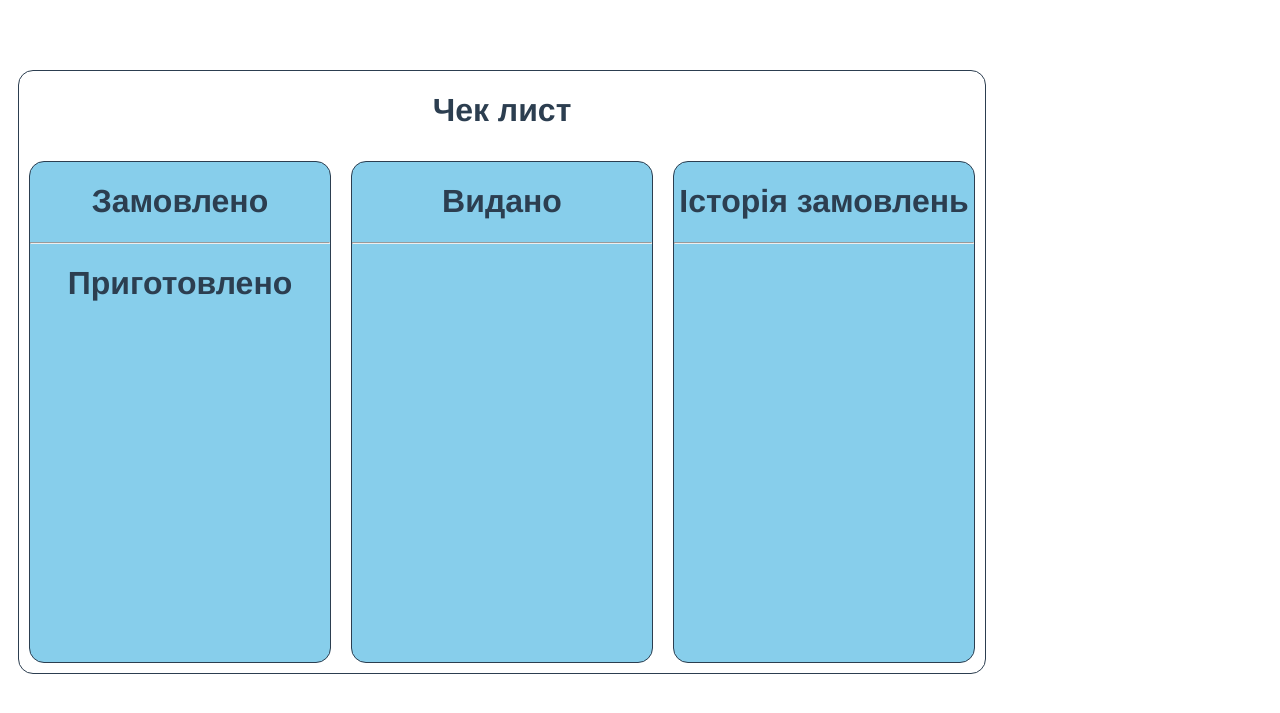
Repository: Salexandraa/HOME_Subotina
Page: / (app in order-list/)
These files come from the project's save history. The page is drawn as it stood at one moment and after a run of saves; the edit follows.
The browser window is 1280 px wide. The pictures show the whole page.
The project was rebuilt for these pictures with package versions that can differ from the ones it lists, and the page was loaded fresh each time.

Above is the page before, as saved 2020-10-10 15:48:10.

### order-list/src/App.vue
<template>
  <div id="app">
  <!-- <reserved :listDishes= "dishesList"
  title='Замовлено'
  />
  <order-issued title="Видано"/>
  <history title="Історія замовлень"/> -->
  <check-list title="Чек лист"/>
  </div>
</template>

<script>
//import Reserved from "./components/CheckList/Reserved";
//import dishesList from "../settings"
//import OrderIssued from "./components/CheckList/OrderIssued"
//import History from "./components/CheckList/History"
import CheckList from "./components/CheckList"
export default {
  name: "App",
  components: {
    //Reserved,
   //OrderIssued,
    //History,
    CheckList
  },
  data() {
    return {
    //  dishesList
      // dishesList: [
      //   {
      //     id: 1,
      //     name: "Pizza",
      //   },
      //    {
      //     id: 2,
      //     name: "Pasta",
      //   },
      //    {
      //     id:3,
      //     name: "Rizzoto",
      //   },
      //    {
      //     id: 4,
      //     name: "Minestrone soup",
      //   },
      //    {
      //     id:5,
      //     name: "Onion soup",
      //   },
      // ],
    };
  },
};
</script>

<style>
#app {
  font-family: Avenir, Helvetica, Arial, sans-serif;
  -webkit-font-smoothing: antialiased;
  -moz-osx-font-smoothing: grayscale;
  /* text-align: center; */
  color: #2c3e50;
  margin-top: 60px;
}
</style>

### order-list/src/components/CheckList/index.vue
<template>
  <div class="container">
    <div>
      <h1>{{ title }}</h1>
    </div>
    <div>
      <reserved :listDishes="dishesList" title="Замовлено" title2="Приготовлено" />
      <order-issued title="Видано" :listDishes2="dishesList2"/>
      <history title="Історія замовлень" :listDishes3="dishesList3" />
    </div>
  </div>
</template>

<script>
import Reserved from "./Reserved";
import OrderIssued from "./OrderIssued";
import History from "./History";
import dishesList from "../../../settings"
export default {
  name: "CheckList",
  components: {
    Reserved,
    OrderIssued,
    History,
  },
  props: {
    title: {
      type: String,
      default: "",
    },
    },
    data() {
        return {
            dishesList,
            dishesList2,
            dishesList3
        }

  },
};
</script>

<style lang="css" scoped>
.container {
  border: 1px solid;
  border-radius: 15px;
  text-align: center;
  display: inline-block;
  vertical-align: middle;
  margin: 10px;
}
</style>

### order-list/src/components/CheckList/Reserved/index.vue
<template>
  <div class="container">
    <div>
      <h1>{{ title }}</h1>
    </div>
    <div>
      <ol>
        <li v-for="(item, ind) in listDishes" :key="ind">
          {{ item.name }}
          <button class="checkIn">Замовлено</button>
        </li>
      </ol>
    </div>
    <hr />
    <div>
      <h1>{{ title2 }}</h1>
    </div>
    <div>
      <ol>
        <li v-for="(item, ind) in listDishes" :key="ind">
          {{ item.names }}
          <button class="checkIn">Приготовлено</button>
        </li>
      </ol>
    </div>
  </div>
</template>

<script>
export default {
  name: "Reserved",
  props: {
    listDishes: {
      type: Array,
      default: () => [],
    },
    title: {
      type: String,
      default: "",
    },
    title2: {
      type: String,
      default: "",
    },
  },
};
</script>

<style lang="css" scoped>
.container {
  width: 300px;
  height: 500px;
  border: 2px solid;
  border-radius: 15px;
  background-color: skyblue;
}

</style>

### order-list/src/components/CheckList/OrderIssued/index.vue
<template>
  <div class="container">
    <div>
      <h1>{{ title }}</h1>
    </div>
    <div>
      <ol>
        <li v-for="(item , ind) in listDishes2" :key="ind">
          {{item.name}}
          <button>Видано</button>
        </li>
      </ol>
    </div>
    <hr>
  </div>
</template>

<script>

export default {
  name: "OrderIssued",

  props: {
    title: {
      type: String,
      default: "",
    },
      listDishes2:{
        type:Array,
        default:()=>[]
      }
  },
};
</script>

<style lang="css" scoped>
.container {
  width: 300px;
  height: 500px;
  border: 2px solid;
  border-radius: 15px;
  background-color: skyblue;
}
</style>

### order-list/src/components/CheckList/History/index.vue
<template>
    <div class="container">
   <div>
      <h1>{{ title }}</h1>
    </div>
    <div>
      <ol>
        <li v-for="(item,ind ) in listDishes3" :key="ind">
          {{item.name}}
        </li>
      </ol>
    </div>

    <hr>
    </div>
</template>

<script>
    export default {
        name: "History",
        props: {
            title: {
                type: String,
                default: ""
            },
             listDishes3: {
                type: Array,
                default: ()=>[]
            },

        },
    }
</script>

<style lang="css" scoped>
.container {
  width: 300px;
  height: 500px;
  border: 2px solid;
  border-radius: 15px;
  background-color: skyblue;
}

</style>

### order-list/settings.js
export default [
    {
      id: 1,
      name: "Pizza",
    },
     {
      id: 2,
      name: "Pasta",
    },
     {
      id:3,
      name: "Rizotto",
    },
     {
      id: 4,
      name: "Minestrone soup",
    },
     {
      id:5,
      name: "Onion soup",
    }
  ]

Loaded but not shown: order-list/public/index.html (common file); order-list/src/main.js (common file)

After the next 2 saves:
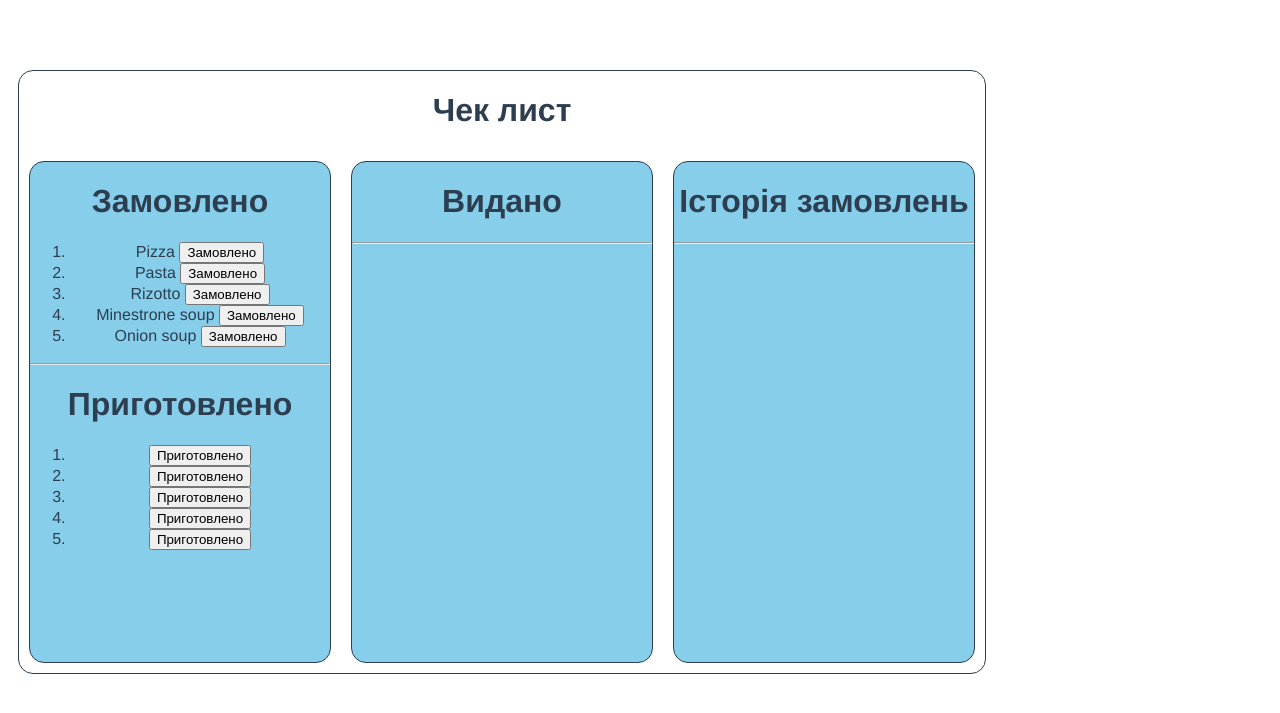
The 2 saves are shown as one change because 1 did not build or start.
The last was saved 32 s later.
--- a/order-list/src/components/CheckList/index.vue
+++ b/order-list/src/components/CheckList/index.vue
@@ -32,8 +32,8 @@ export default {
     data() {
         return {
             dishesList,
-            dishesList2,
-            dishesList3
+            dishesList2: [],
+            dishesList3: []
         }
 
   },
